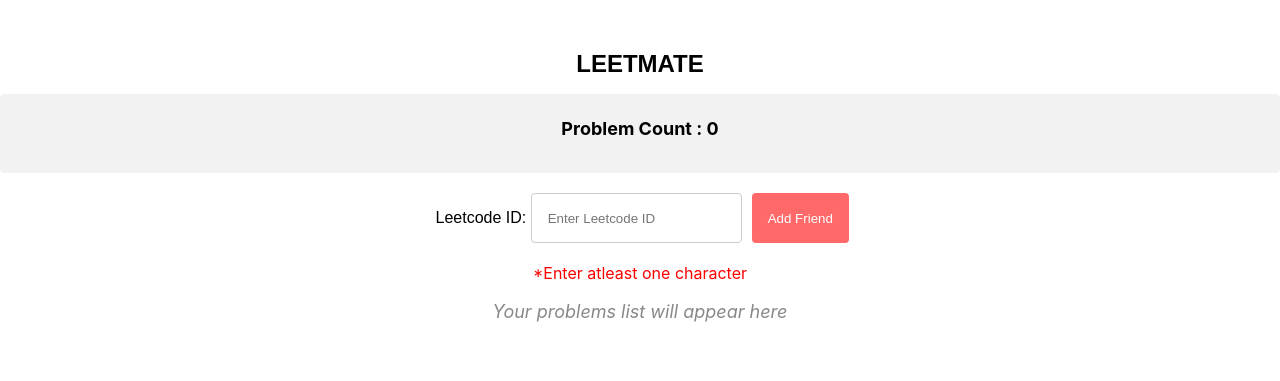
Repository: Sanketh149/leetcode-discord
Page: /
These files come from the project's save history. The page is drawn as it stood at one moment and after the next save; the edit follows.
The browser window is 1280 px wide. The pictures show the whole page.
The project was rebuilt for these pictures with package versions that can differ from the ones it lists, and the page was loaded fresh each time. Also part of the build but not shown: src/Modal.module.css, src/Modal.js, src/Cart.module.css, src/Cart.js.

Above is the page before, as saved 2023-06-21 18:22:15.

### public/index.html
<!DOCTYPE html>
<html lang="en">
  <head>
    <meta charset="utf-8" />
    <link rel="icon" href="%PUBLIC_URL%/favicon.ico" />
    <meta name="viewport" content="width=device-width, initial-scale=1" />
    <meta name="theme-color" content="#000000" />
    <meta
      name="description"
      content="Web site created using create-react-app"
    />
    <link rel="apple-touch-icon" href="%PUBLIC_URL%/logo192.png" />
    <!--
      manifest.json provides metadata used when your web app is installed on a
      user's mobile device or desktop. See https://developers.google.com/web/fundamentals/web-app-manifest/
    -->
    <link rel="manifest" href="%PUBLIC_URL%/manifest.json" />
    <!--
      Notice the use of %PUBLIC_URL% in the tags above.
      It will be replaced with the URL of the `public` folder during the build.
      Only files inside the `public` folder can be referenced from the HTML.

      Unlike "/favicon.ico" or "favicon.ico", "%PUBLIC_URL%/favicon.ico" will
      work correctly both with client-side routing and a non-root public URL.
      Learn how to configure a non-root public URL by running `npm run build`.
    -->
    <title>LeetMate</title>
  </head>
  <body>
    <noscript>You need to enable JavaScript to run this app.</noscript>
    <div id="root"></div>
    <div id="overlays"></div>
    <!--
      This HTML file is a template.
      If you open it directly in the browser, you will see an empty page.

      You can add webfonts, meta tags, or analytics to this file.
      The build step will place the bundled scripts into the <body> tag.

      To begin the development, run `npm start` or `yarn start`.
      To create a production bundle, use `npm run build` or `yarn build`.
    -->
  </body>
</html>

### src/App.js
import React, { useState } from "react";
import "./App.css";
import Cart from "./Cart";
const API_ENDPOINT = "/graphql";
const App = () => {
  const [username, setUsername] = useState("");
  const [user, setUser] = useState([]);
  const [leetId, setLeetId] = useState([]);
  const displayTitle = (item, titleSlug) => {
    const exisitingTitles = user.map((innerArray) => innerArray[0]);
    const exisitingSlugs = user.map((innerArray) => innerArray[1]);
    const uniqueTitles = [...new Set([...exisitingTitles, ...item])];
    const uniqueSlugs = [...new Set([...exisitingSlugs, ...titleSlug])];
    // const uniquePairs = uniqueTitles.map((name, index) => ({
    //   name,
    //   link: uniqueSlugs[index],
    // }));
    const uniquePairs = [];
    for (let i = 0; i < uniqueSlugs.length; i++) {
      const temp = [uniqueTitles[i], uniqueSlugs[i]];
      uniquePairs.push(temp);
    }
    setUser((prevState) => {
      return uniquePairs;
    });
  };

  const handleFormSubmit = async (event) => {
    event.preventDefault();

    const query = `
      {
        recentAcSubmissionList(username: "${username}") {
          id
          title
          titleSlug
        }
      }
    `;

    const url = `${API_ENDPOINT}?query=${encodeURIComponent(query)}`;

    fetch(url)
      .then((response) => response.json())
      .then((result) => {
        const titles = result.data.recentAcSubmissionList.map(
          (submission) => submission.title
        );
        const titleslugs = result.data.recentAcSubmissionList.map(
          (submission) => submission.titleSlug
        );
        displayTitle(titles, titleslugs);
        if (username.length >= 0 && !leetId.includes(username)) {
          setLeetId((prevState) => [...prevState, username]);
        }
        setUsername("");
      })
      .catch((error) => {
        setCartIsShown(true);
      });
  };

  const handleSubmit = (event) => {
    event.preventDefault();
    handleFormSubmit(event);
    // if (username.length >= 0 && !leetId.includes(username)) {
    //   setLeetId((prevState) => [...prevState, username]);
    // }
    // setUsername("");
  };
  const [cartIsShown, setCartIsShown] = useState(false);
  const showCartHandler = () => {
    setCartIsShown(true);
  };
  const hideCartHandler = () => {
    setCartIsShown(false);
    setUsername("");
  };
  const isSubmitDisabled = username.trim().length === 0;
  return (
    <div className="app">
      {cartIsShown && <Cart onClose={hideCartHandler} shownName={username} />}
      <h1 className="app__title">LEETMATE</h1>
      <div className="problemCountCard">
        {" "}
        <p className="problemCount">Problem Count : {user.length}</p>
      </div>
      <form onSubmit={handleSubmit} className="app__form">
        <label>
          <pre> Leetcode ID: </pre>
        </label>
        <input
          type="text"
          value={username}
          onChange={(event) => setUsername(event.target.value)}
          placeholder="Enter Leetcode ID"
          className="app__input"
        />
        <button
          type="submit"
          className={`${
            isSubmitDisabled === true ? "app__button_disabled" : "app__button"
          }`}
          disabled={isSubmitDisabled}
        >
          Add Friend
        </button>
      </form>
      {isSubmitDisabled === true && (
        <div style={{ display: "block" }} className="errorShow">
          {" "}
          *Enter atleast one character
        </div>
      )}
      {leetId.map((item) => (
        <a href={`https://leetcode.com/${item}`} target="_blank">
          <button className="displayNameButton">{item}</button>
        </a>
      ))}
      {user.length > 0 && (
        <div>
          <b>
            {" "}
            Provided below are the links to the problems solved by above users
          </b>
        </div>
      )}
      {user.length > 0 ? (
        <ul className="app__list">
          {user.map((item) => (
            <li className="app__item">
              <a
                href={`https://leetcode.com/problems/${item[1]}`}
                target="_blank"
              >
                {item[0]}
              </a>
            </li>
          ))}
        </ul>
      ) : (
        <p className="app__message">Your problems list will appear here</p>
      )}
    </div>
  );
};

export default App;

### src/App.css
.app {
  text-align: center;
  margin-top: 50px;
}

.app__title {
  font-family: Arial, Helvetica, sans-serif;
  font-size: 24px;
}

.app__form {
  display: flex;
  justify-content: center;
  margin-bottom: 20px;
  margin-top: 20px;
}

.app__input {
  padding: 8px 16px;
  margin-right: 10px;
  border-radius: 4px;
  border: 1px solid #ccc;
}

.app__button {
  padding: 8px 16px;
  border-radius: 4px;
  background-color: #007bff;
  color: #fff;
  border: none;
  cursor: pointer;
}

.app__button_disabled {
  padding: 8px 16px;
  border-radius: 4px;
  background-color: #ff6969;
  color: #fff;
  border: none;
  cursor: pointer;
}

.app__list {
  list-style: none;
  padding-left: 0;
  margin-bottom: 20px;
}

.app__item {
  font-size: 18px;
  margin-bottom: 10px;
}

.app__message {
  font-size: 18px;
  font-style: italic;
  color: #888;
}

.app__list a {
  color: #007bff; /* Set the color for regular links */
  text-decoration: none; /* Remove underline for links */
}

.app__list a:visited {
  color: #007bff; /* Set the color for visited links */
}

.errorShow {
  color: red;
}

.displayNameButton {
  background-color: #f2f2f2;
  border: 1px solid black;
  border-radius: 4px;
  padding: 8px 12px;
  font-size: 14px;
  cursor: pointer;
  margin: 1rem;
}
.displayNameButton:hover {
  background-color: #e0e0e0;
}
.problemCountCard {
  background-color: #f2f2f2;
  padding: 16px;
  margin-top: 16px;
  border-radius: 4px;
}
.problemCount {
  font-size: large;
  font-weight: bold;
  margin-top: 8px;
}
pre {
  font-family: Arial, Helvetica, sans-serif;
}

Loaded but not shown: src/index.js (common file); src/index.css (common file); src/reportWebVitals.js (common file)

After the next save:
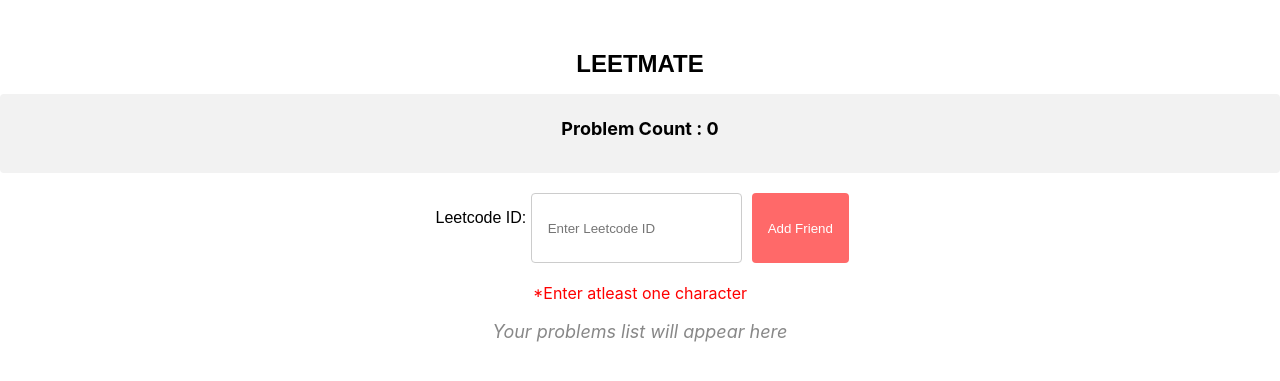
Saved 13 s later.
--- a/src/App.js
+++ b/src/App.js
@@ -88,6 +88,7 @@
       <form onSubmit={handleSubmit} className="app__form">
         <label>
           <pre> Leetcode ID: </pre>
+          &nbsp;
         </label>
         <input
           type="text"

After the save that followed:
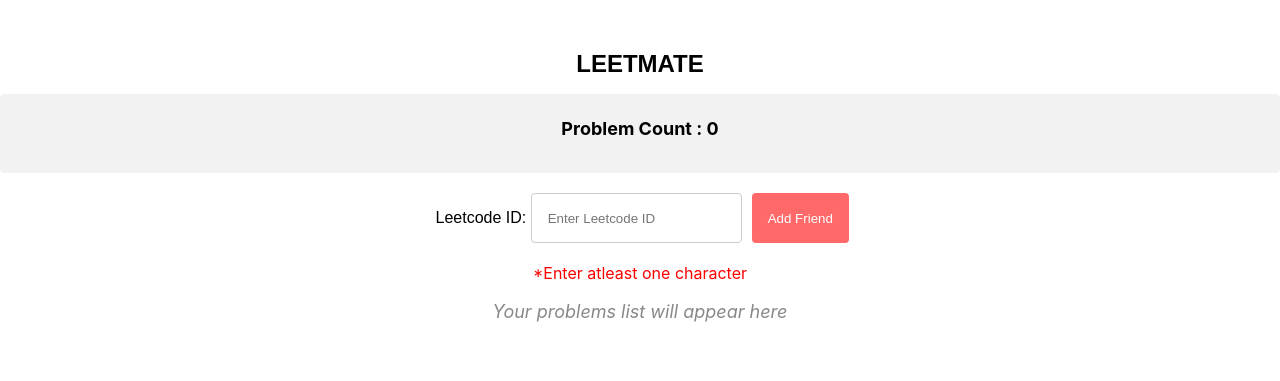
Saved 6 s later.
--- a/src/App.js
+++ b/src/App.js
@@ -88,7 +88,6 @@
       <form onSubmit={handleSubmit} className="app__form">
         <label>
           <pre> Leetcode ID: </pre>
-          &nbsp;
         </label>
         <input
           type="text"
